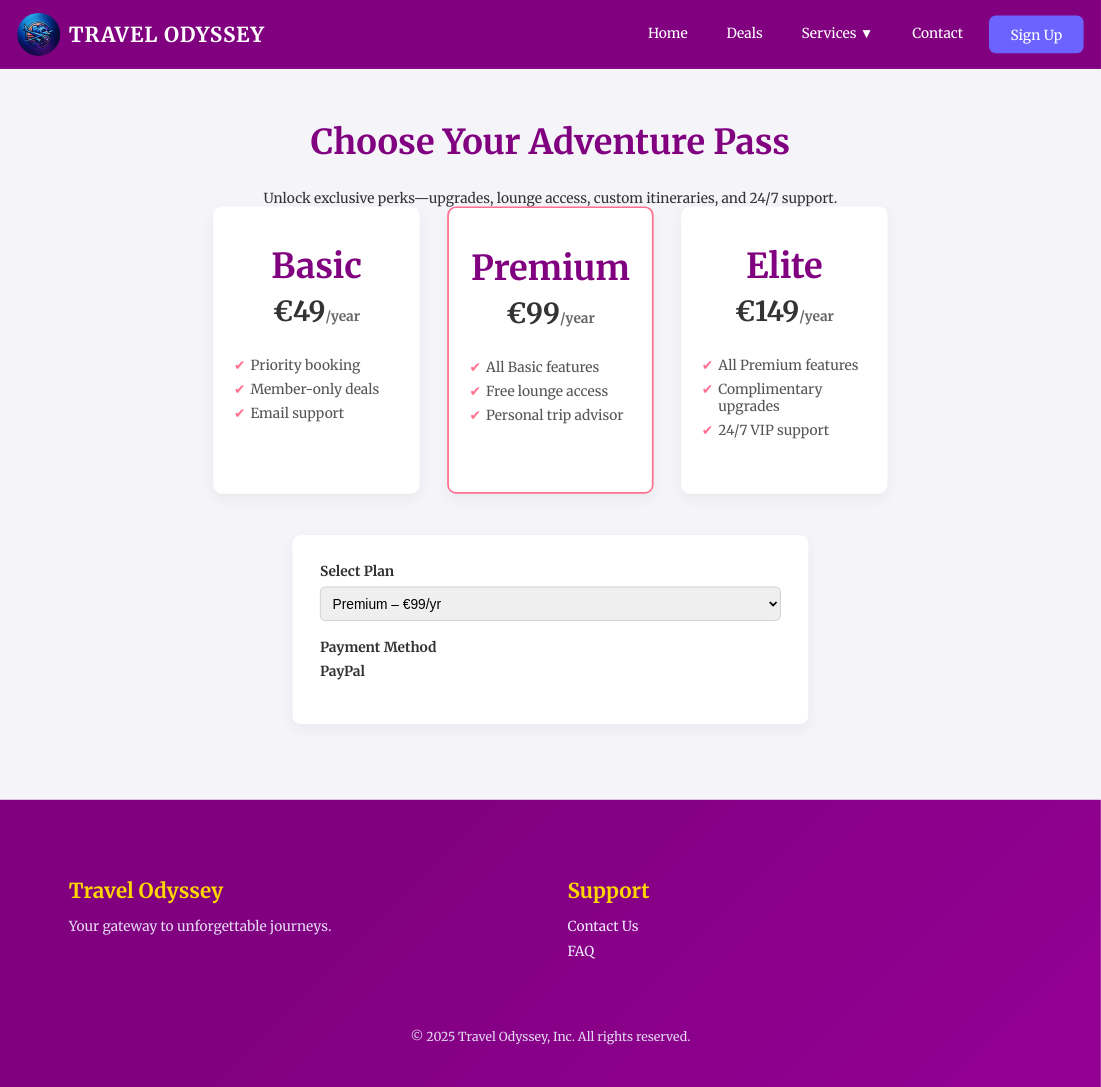
Repository: GHzPhoenix/Project-Odyssey
Page: Frontend/membership.html
These files come from the project's save history. The page is drawn as it stood at one moment and after the next save; the edit follows.
The browser window is 1280 px wide. The pictures show the whole page, at 86% of full size.
The page's requests for data from a server got no answer.

Above is the page before, as saved 2025-06-09 12:52:22.

After the next save:
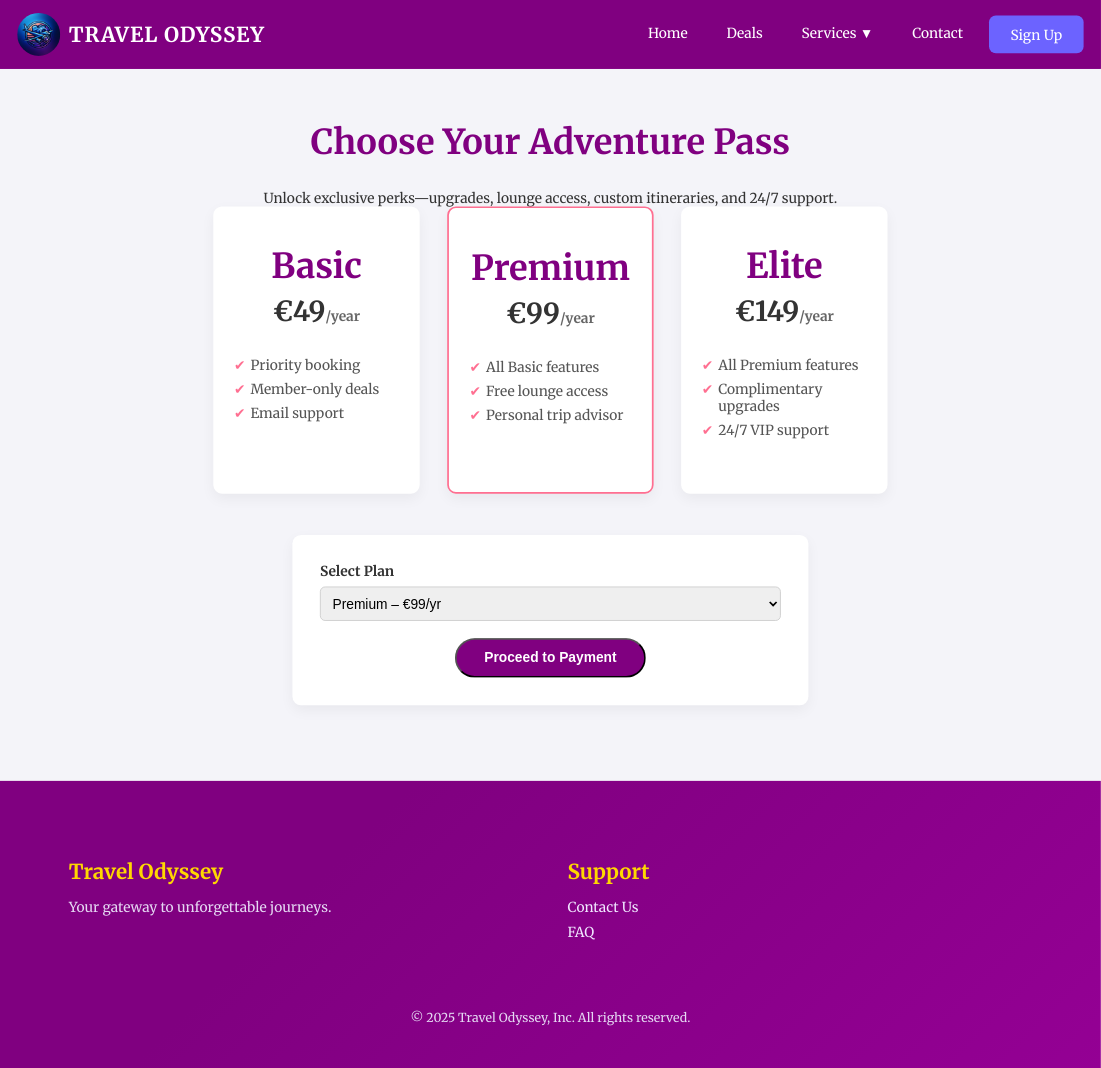
Saved 6 min 7 s later.
--- a/Frontend/membership.html
+++ b/Frontend/membership.html
@@ -88,13 +88,7 @@
             <option value="Elite" data-price="149">Elite – €149/yr</option>
           </select>
         </div>
-
-        <div class="form-row">
-          <p>Payment Method</p>
-          <label>PayPal</label>
-        </div>
-
-        <div id="paypal-button-container"></div>
+        <button type="submit" class="join-btn">Proceed to Payment</button>
       </form>
     </main>
 
